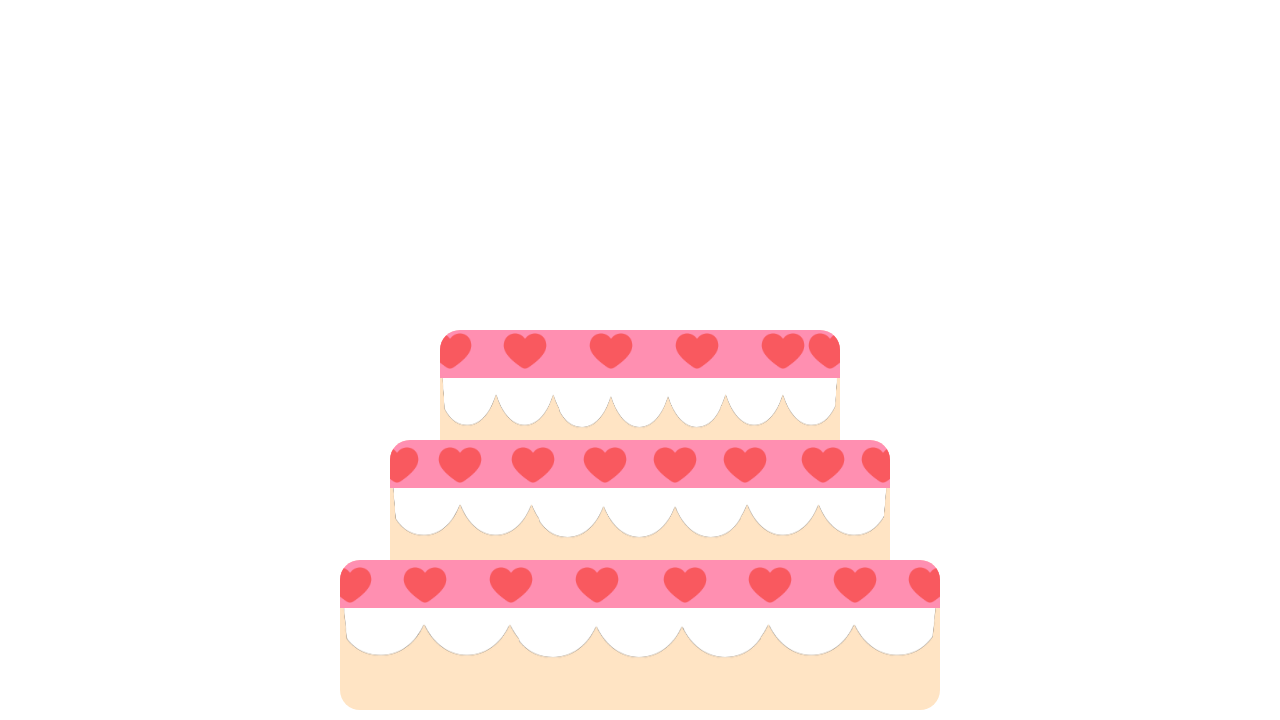
Repository: iphoneboy46/happybirthday
Page: index.html
The author's editor kept a copy of each file at every save. The page is drawn from the files as they stood at one save, then again after the next save.
The browser window is 1280 px wide. The pictures show the whole page.

Above is the page before, as saved 2022-11-28 15:43:10.

### index.html
<!DOCTYPE html>
<html lang="en">
  <head>
    <meta charset="UTF-8" />
    <meta http-equiv="X-UA-Compatible" content="IE=edge" />
    <meta name="viewport" content="width=device-width, initial-scale=1.0" />
    <title>Happy Birthday</title>
    <link rel="stylesheet" href="style.css" />
  </head>
  <body>
    <div class="container">
      <div class="cake">
        <div class="top--cake">
          <div class="img-wavy">
            <img src="image/img1.png" alt="" />
          </div>

          <div class="img-heart-1--top">
            <img src="image/heart.png" alt="" />
          </div>
          <div class="img-heart-2--top">
            <img src="image/heart.png" alt="" />
          </div>
          <div class="img-heart-3--top">
            <img src="image/heart.png" alt="" />
          </div>
          <div class="img-heart-4--top">
            <img src="image/heart.png" alt="" />
          </div>
          <div class="img-heart-5--top">
            <img src="image/heart.png" alt="" />
          </div>
          <div class="img-heart-6--top">
            <img src="image/heart.png" alt="" />
          </div>
          <div class="img-heart-7--top">
            <img src="image/heart.png" alt="" />
          </div>
          <div class="img-heart-8--top">
            <img src="image/heart.png" alt="" />
          </div>

          <div class="border-cake"></div>
        </div>
        <div class="center--cake">
          <div class="img-wavy">
            <img src="image/img1.png" alt="" />
          </div>
          <div class="img-heart-1--center">
            <img src="image/heart.png" alt="" />
          </div>
          <div class="img-heart-2--center">
            <img src="image/heart.png" alt="" />
          </div>
          <div class="img-heart-3--center">
            <img src="image/heart.png" alt="" />
          </div>
          <div class="img-heart-4--center">
            <img src="image/heart.png" alt="" />
          </div>
          <div class="img-heart-5--center">
            <img src="image/heart.png" alt="" />
          </div>
          <div class="img-heart-6--center">
            <img src="image/heart.png" alt="" />
          </div>
          <div class="img-heart-7--center">
            <img src="image/heart.png" alt="" />
          </div>
          <div class="img-heart-8--center">
            <img src="image/heart.png" alt="" />
          </div>

          <div class="border-cake"></div>
        </div>
        <div class="bottom--cake">
          <div class="img-wavy">
            <img src="image/img1.png" alt="" />
          </div>

          <div class="img-heart-1">
            <img src="image/heart.png" alt="" />
          </div>
          <div class="img-heart-2">
            <img src="image/heart.png" alt="" />
          </div>
          <div class="img-heart-3">
            <img src="image/heart.png" alt="" />
          </div>
          <div class="img-heart-4">
            <img src="image/heart.png" alt="" />
          </div>
          <div class="img-heart-5">
            <img src="image/heart.png" alt="" />
          </div>
          <div class="img-heart-6">
            <img src="image/heart.png" alt="" />
          </div>
          <div class="img-heart-7">
            <img src="image/heart.png" alt="" />
          </div>
          <div class="img-heart-8">
            <img src="image/heart.png" alt="" />
          </div>

          <div class="border-cake"></div>
        </div>
      </div>
    </div>
  </body>
</html>

### style.css
*{
    padding: 0;
    margin: 0;
    box-sizing: border-box;
}

.container{
   width: 100%;

   height: 100vh;
   display: flex;
   justify-content: center;
   align-items: flex-end;
}

.cake{
    display: flex;
    flex-direction: column;
    justify-content:center;
    align-items:center
}


.top--cake{
    position: relative;
    overflow: hidden;
    width: 400px;
    height:110px;
    background-color: bisque;
    border-top-left-radius:20px;
    border-top-right-radius:20px;

}



.center--cake{
    position: relative;
    overflow: hidden;
    width: 500px;
    height:120px;
    background-color: bisque;
    border-top-left-radius:20px;
    border-top-right-radius:20px;

}


.bottom--cake{
    position: relative;
    overflow: hidden;
    width: 600px;
    height:150px;
    background-color: bisque;
    border-radius:20px;
    margin-bottom: 10px;
}



.img-wavy{
    width: 100%;
    height: 100px;
}

.img-wavy img{
    width: 100%;
    height: 100%;
}

.img-heart-1{
    z-index: 3;
    position: absolute;
    top: 0px;
    left: -15px;
    width:50px;
    height:50px;
}


.img-heart-1 img{
    width: 100%;
    height: 100%;
}

.img-heart-2{
    z-index: 3;
    position: absolute;
    top: 0px;
    left: 60px;
    width:50px;
    height:50px;
}


.img-heart-2 img{
    width: 100%;
    height: 100%;
}


.img-heart-3{
    z-index: 3;
    position: absolute;
    top: 0px;
    left: 146px;
    width:50px;
    height:50px;
}


.img-heart-3 img{
    width: 100%;
    height: 100%;
}

.img-heart-4{
    z-index: 3;
    position: absolute;
    top: 0px;
    left: 232px;
    width:50px;
    height:50px;
}


.img-heart-4 img{
    width: 100%;
    height: 100%;
}

.img-heart-5{
    z-index: 3;
    position: absolute;
    top: 0px;
    left: 320px;
    width:50px;
    height:50px;
}


.img-heart-5 img{
    width: 100%;
    height: 100%;
}

.img-heart-6{
    z-index: 3;
    position: absolute;
    top: 0px;
    left: 405px;
    width:50px;
    height:50px;
}


.img-heart-6 img{
    width: 100%;
    height: 100%;
}

.img-heart-7{
    z-index: 3;
    position: absolute;
    top: 0px;
    left: 490px;
    width:50px;
    height:50px;
}


.img-heart-7 img{
    width: 100%;
    height: 100%;
}

.img-heart-8{
    z-index: 3;
    position: absolute;
    top: 0px;
    right: -15px;
    width:50px;
    height:50px;
}


.img-heart-8 img{
    width: 100%;
    height: 100%;
}



.border-cake{
    z-index: 2;
    position: absolute;
    top: 0;
    width: 100%;
    height: 48px;
    background-color: #FF8FB1;
}


.img-heart-1--center{
    z-index: 3;
    position: absolute;
    top: 0px;
    left: -18px;
    width:50px;
    height:50px;
}


.img-heart-1--center img{
    width: 100%;
    height: 100%;
}

.img-heart-2--center{
    z-index: 3;
    position: absolute;
    top: 0px;
    left: 45px;
    width:50px;
    height:50px;
}


.img-heart-2--center img{
    width: 100%;
    height: 100%;
}


.img-heart-3--center{
    z-index: 3;
    position: absolute;
    top: 0px;
    left: 118px;
    width:50px;
    height:50px;
}


.img-heart-3--center img{
    width: 100%;
    height: 100%;
}

.img-heart-4--center{
    z-index: 3;
    position: absolute;
    top: 0px;
    left: 190px;
    width:50px;
    height:50px;
}


.img-heart-4--center img{
    width: 100%;
    height: 100%;
}

.img-heart-5--center{
    z-index: 3;
    position: absolute;
    top: 0px;
    left: 260px;
    width:50px;
    height:50px;
}


.img-heart-5--center img{
    width: 100%;
    height: 100%;
}

.img-heart-6--center{
    z-index: 3;
    position: absolute;
    top: 0px;
    left: 330px;
    width:50px;
    height:50px;
}


.img-heart-6--center img{
    width: 100%;
    height: 100%;
}

.img-heart-7--center{
    z-index: 3;
    position: absolute;
    top: 0px;
    left: 408px;
    width:50px;
    height:50px;
}


.img-heart-7--center img{
    width: 100%;
    height: 100%;
}

.img-heart-8--center{
    z-index: 3;
    position: absolute;
    top: 0px;
    right: -18px;
    width:50px;
    height:50px;
}


.img-heart-8--center img{
    width: 100%;
    height: 100%;
}


.img-heart-1--top{
    z-index: 3;
    position: absolute;
    top: -4px;
    left: -15px;
    width:50px;
    height:50px;
}


.img-heart-1--top img{
    width: 100%;
    height: 100%;
}

.img-heart-2--top{
    z-index: 3;
    position: absolute;
    top: -4px;
    left: 60px;
    width:50px;
    height:50px;
}


.img-heart-2--top img{
    width: 100%;
    height: 100%;
}


.img-heart-3--top{
    z-index: 3;
    position: absolute;
    top: -4px;
    left: 146px;
    width:50px;
    height:50px;
}


.img-heart-3--top img{
    width: 100%;
    height: 100%;
}

.img-heart-4--top{
    z-index: 3;
    position: absolute;
    top: -4px;
    left: 232px;
    width:50px;
    height:50px;
}


.img-heart-4--top img{
    width: 100%;
    height: 100%;
}

.img-heart-5--top{
    z-index: 3;
    position: absolute;
    top: -4px;
    left: 318px;
    width:50px;
    height:50px;
}


.img-heart-5--top img{
    width: 100%;
    height: 100%;
}

.img-heart-6--top{
    z-index: 3;
    position: absolute;
    top: -4px;
    left: 406px;
    width:50px;
    height:50px;
}


.img-heart-6--top img{
    width: 100%;
    height: 100%;
}

.img-heart-7--top{
    z-index: 3;
    position: absolute;
    top: -4px;
    left: 492px;
    width:50px;
    height:50px;
}


.img-heart-7--top img{
    width: 100%;
    height: 100%;
}

.img-heart-8--top{
    z-index: 3;
    position: absolute;
    top: -4px;
    right: -15px;
    width:50px;
    height:50px;
}


.img-heart-8--top img{
    width: 100%;
    height: 100%;
}

After the next save:
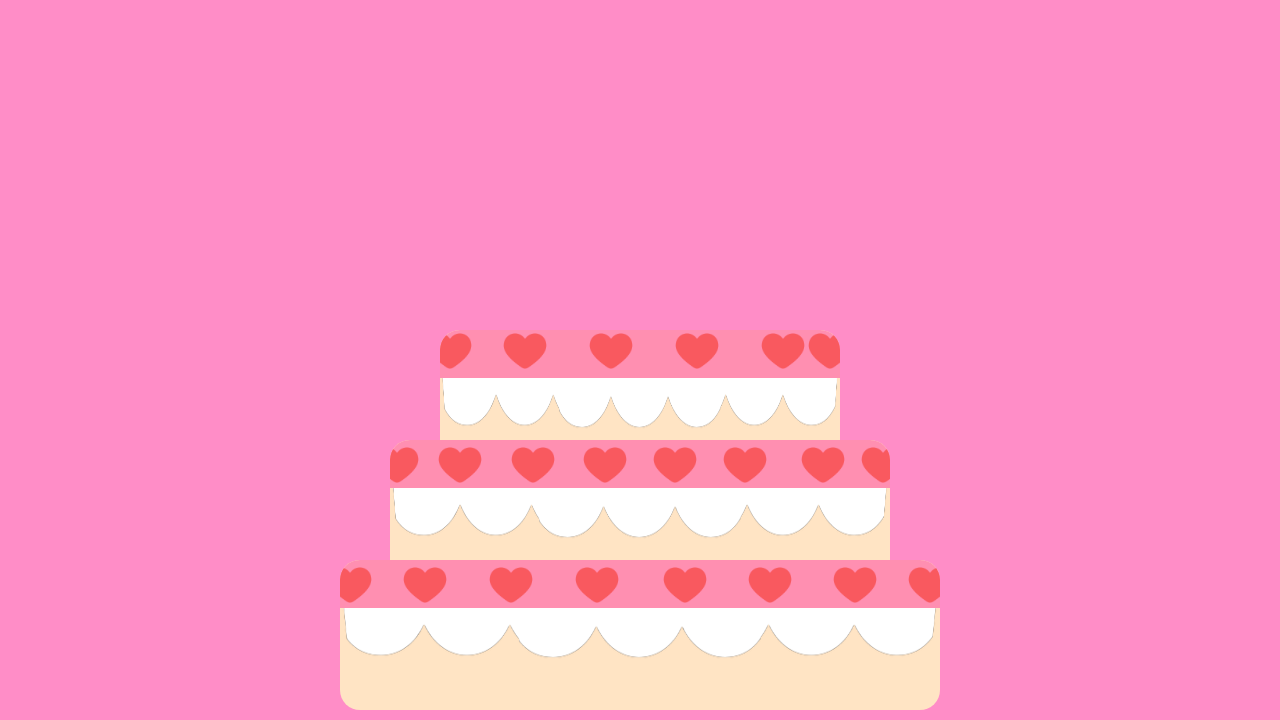
Saved 78 s later.
--- a/style.css
+++ b/style.css
@@ -6,7 +6,7 @@
 
 .container{
    width: 100%;
-
+    background-color: #FF8DC7;
    height: 100vh;
    display: flex;
    justify-content: center;
